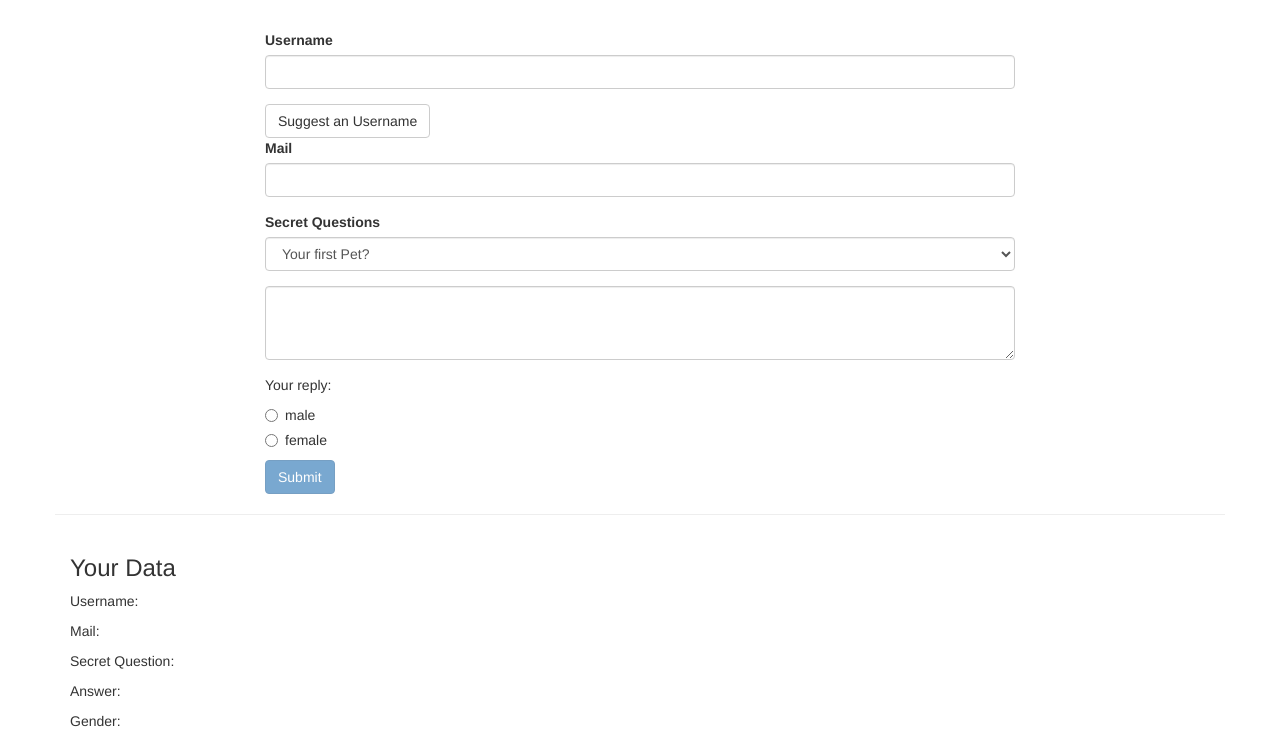
Repository: NikitasX/AngularCourse
Page: / (app in forms-start/)
These files come from the project's save history. The page is drawn as it stood at one moment and after a run of saves; the edit follows.
The browser window is 1280 px wide. The pictures show the whole page.
The project was rebuilt for these pictures with package versions that can differ from the ones it lists, and the page was loaded fresh each time. Also part of the build but not shown: forms-start/angular.json.

Above is the page before, as saved 2020-09-25 16:15:52.

After the next 2 saves:
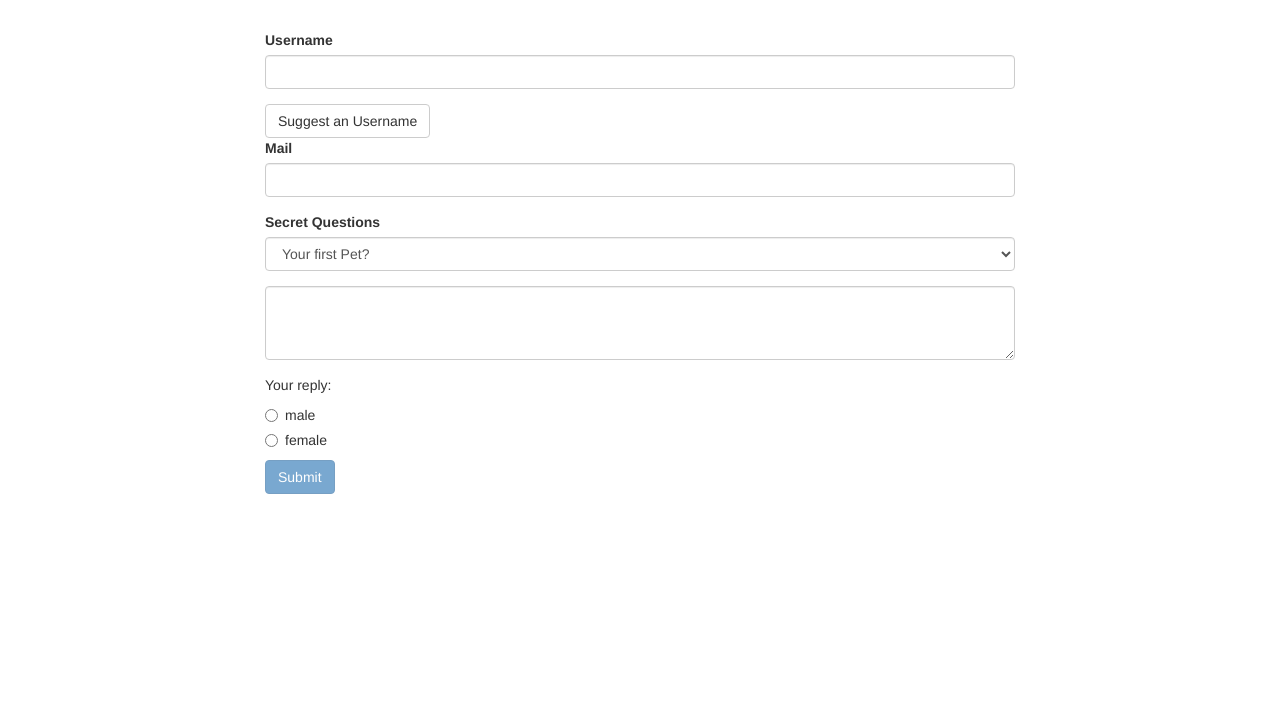
The 2 saves are shown as one change because they came seconds apart.
The last was saved 17 s later.
--- a/forms-start/src/app/app.component.html
+++ b/forms-start/src/app/app.component.html
@@ -77,7 +77,7 @@
       </form>
     </div>
   </div>
-  <div class="row">
+  <div class="row" *ngIf="submitted">
     <hr>
     <div class="col-xs-12">
       <h3>Your Data</h3>
